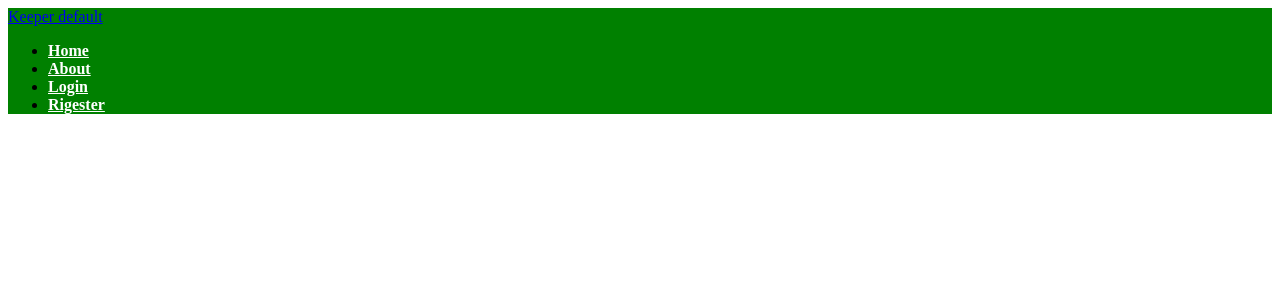
Repository: 3bdulrahman/contact-keeper
Page: /about (app in client/)
The author's editor kept a copy of each file at every save. The page is drawn from the files as they stood at one save, then again after the next save.
The browser window is 1280 px wide. The pictures show the whole page.
The project was rebuilt for these pictures with package versions that can differ from the ones it lists, and the page was loaded fresh each time.

Above is the page before, as saved 2020-03-29 20:44:28.

After the next save:
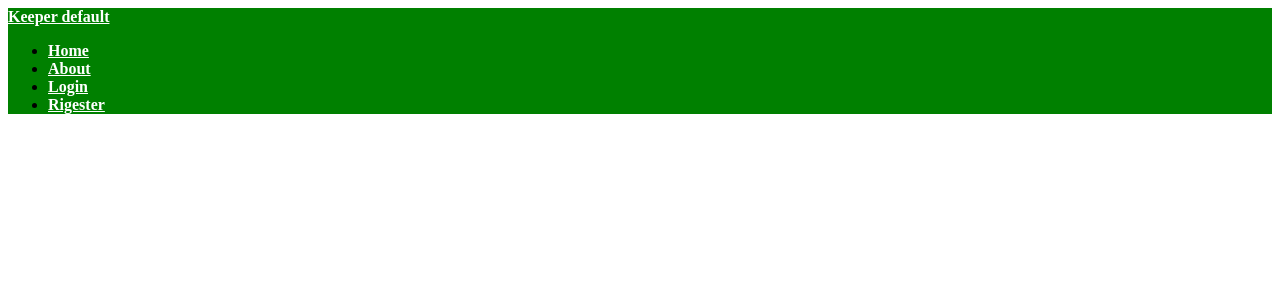
Saved 31 s later.
--- a/client/src/App.css
+++ b/client/src/App.css
@@ -15,3 +15,9 @@
     color:#fff;
      font-weight: bold;
 }
+
+.navbar-brand{
+    background-color: green;
+    color:#fff;
+    font-weight: bold;
+}
